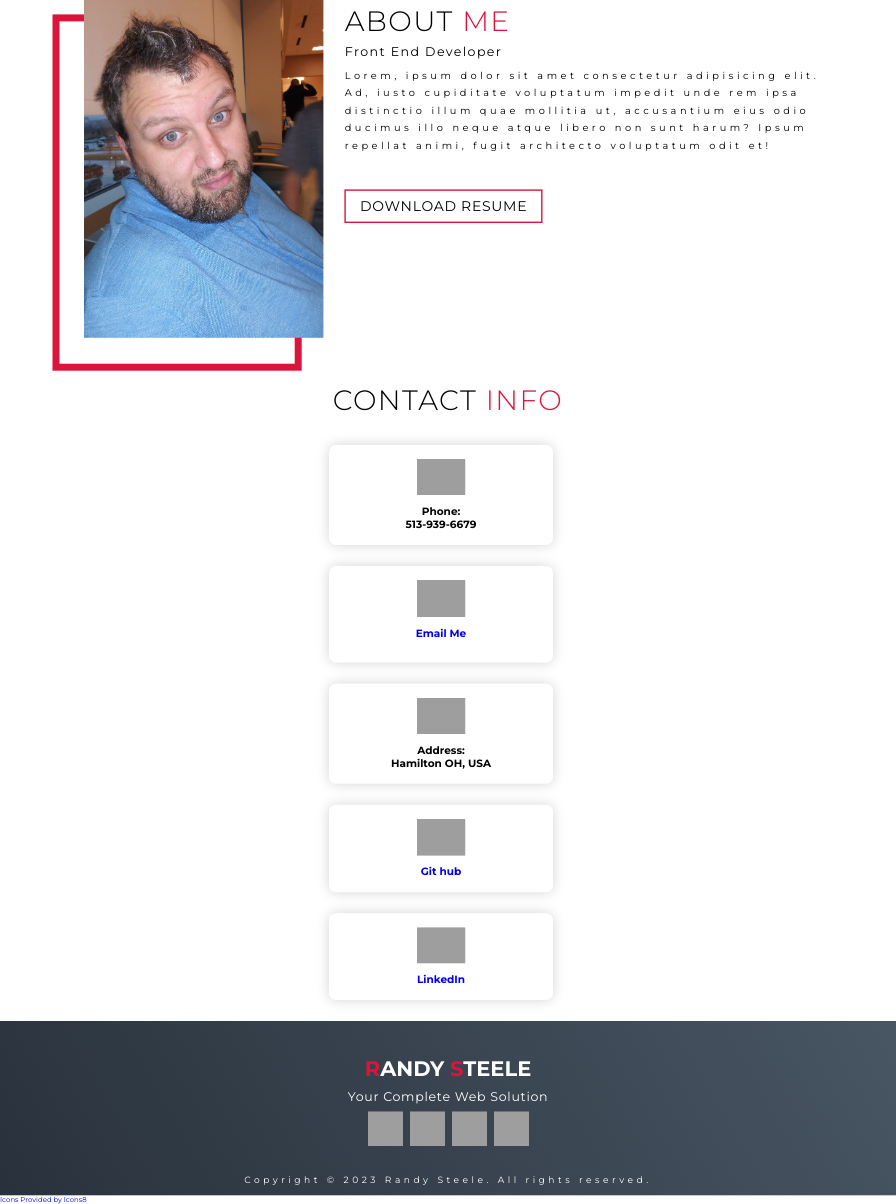
Repository: randysteele/my-portfolio-2023
Page: index.html
These files come from the project's save history. The page is drawn as it stood at one moment and after the next save; the edit follows.
The browser window is 1280 px wide. The pictures show the part of the page from y = 4252 to 6172 px (the page is 5972 px tall before and 6172 px after), at 70% of full size.
Pictures or frames that could not be fetched are drawn as grey boxes.

Above is the page before, as saved 2023-04-23 20:10:08.

After the next save:
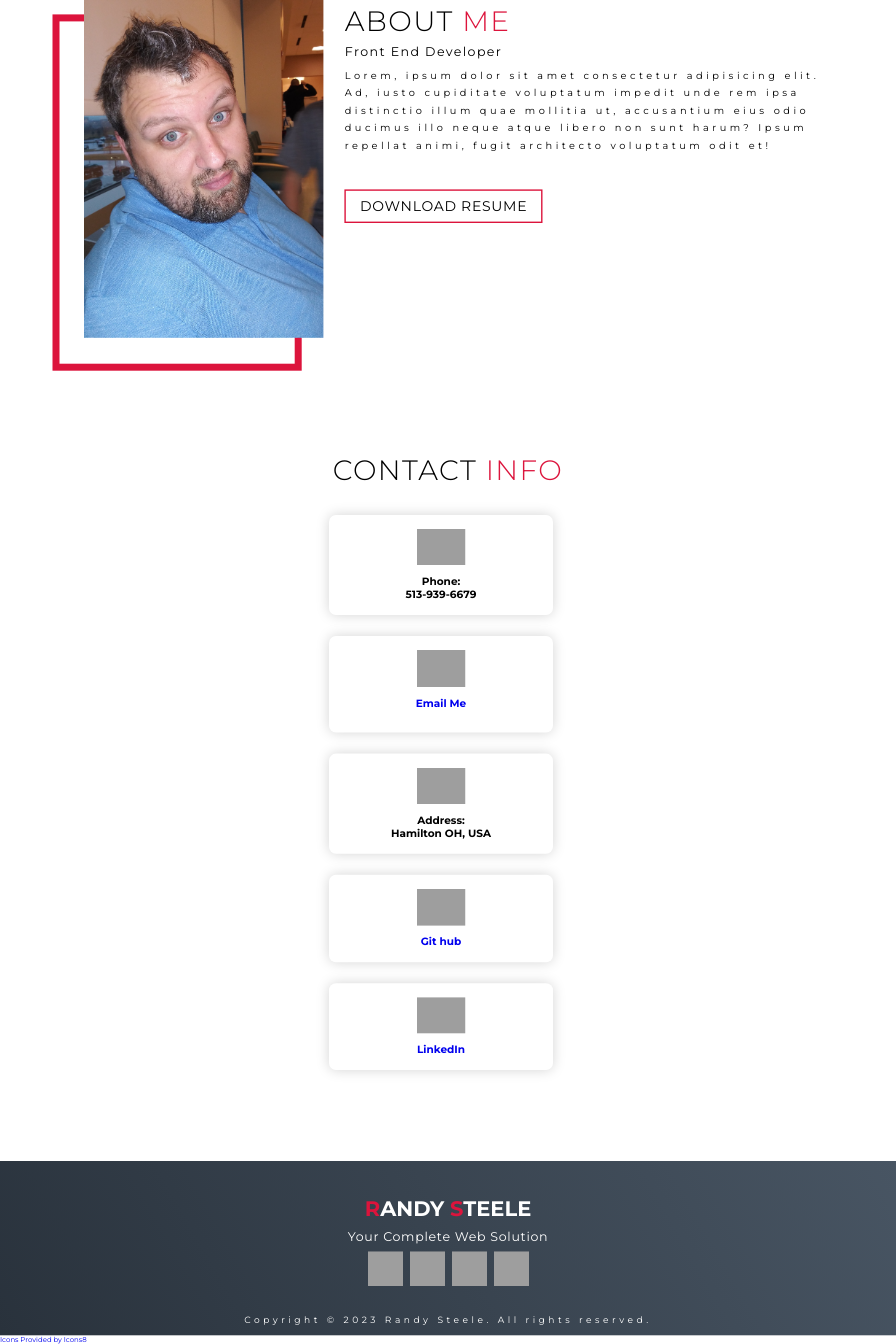
Saved 12 s later.
--- a/style.css
+++ b/style.css
@@ -558,5 +558,7 @@ margin-bottom: 50px;
 /* Contact Section */
 #contact .contact{
     flex-direction: column;
+    padding: 100px 0;
+
 }
 /* End Media Query For Tablet */
